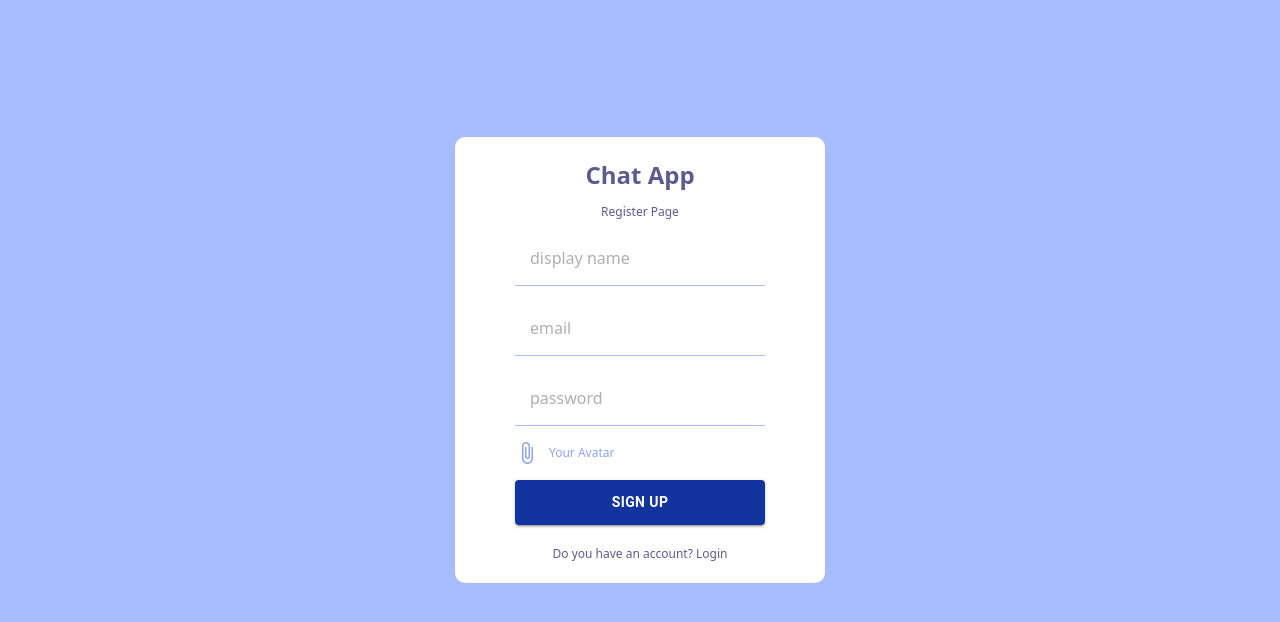
Repository: Nurlan-Bakenbaev/chat-app
Page: /register
These files come from the project's save history. The page is drawn as it stood at one moment and after the next save; the edit follows.
The browser window is 1280 px wide. The pictures show the whole page.
The project was rebuilt for these pictures with package versions that can differ from the ones it lists, and the page was loaded fresh each time. Also part of the build but not shown: vite.config.js, src/components/Search.jsx, src/components/Chats.jsx, src/components/Navbar.jsx, src/components/SideBar.jsx, src/components/Message.jsx, src/components/Messages.jsx, src/components/Input.jsx and 2 more. Imported but missing from the stored project, and not drawn on this page: src/pages/Login.

Above is the page before, as saved 2023-08-23 19:42:36.

After the next save:
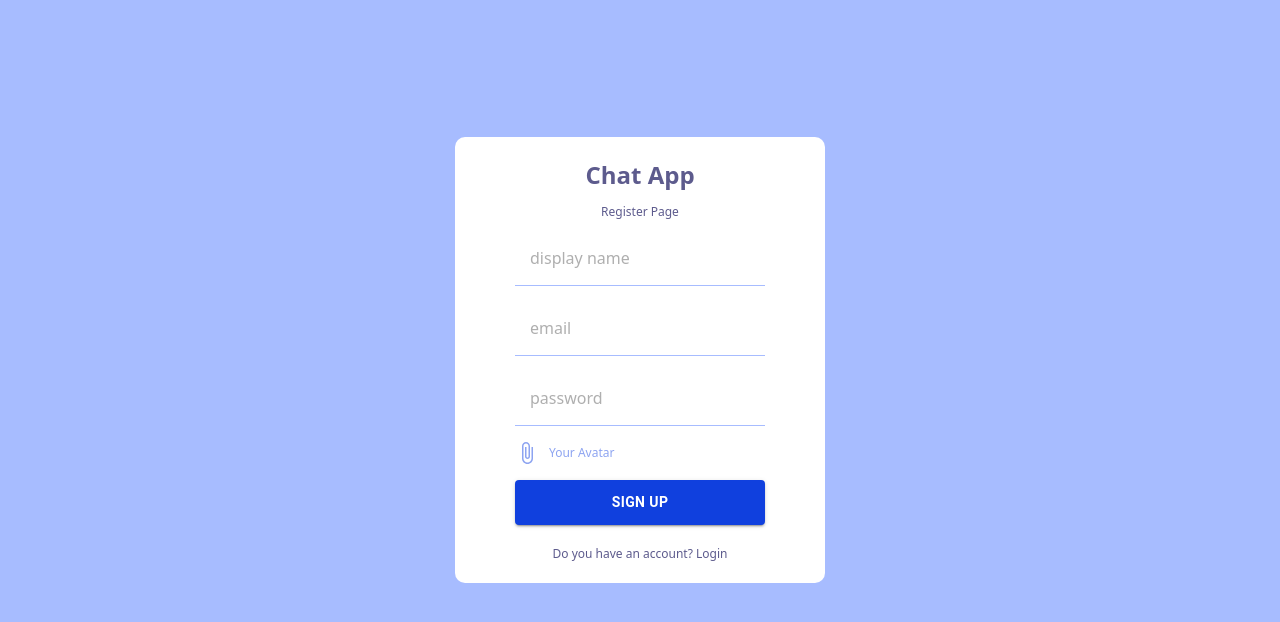
Saved 8 s later.
--- a/src/style.scss
+++ b/src/style.scss
@@ -58,7 +58,7 @@
       }
 
       button {
-        background-color: #13349e;
+        background-color: #1040de;
         color: white;
         padding: 10px;
         font-weight: bold;
